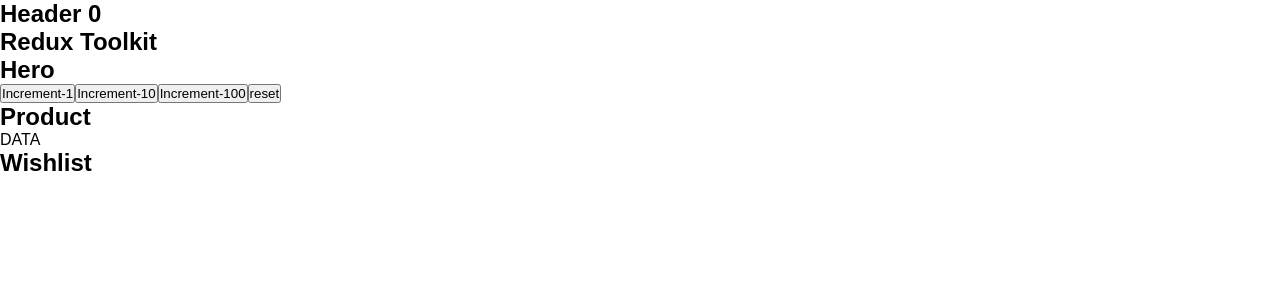
Repository: SitoraRashidova/userCrudFront
Page: /
The author's editor kept a copy of each file at every save. The page is drawn from the files as they stood at one save, then again after a run of saves.
The browser window is 1280 px wide. The pictures show the whole page.
The project was rebuilt for these pictures with package versions that can differ from the ones it lists, and the page was loaded fresh each time. Also part of the build but not shown: vite.config.js.

Above is the page before, as saved 2024-12-09 23:37:23.

After the next 3 saves:
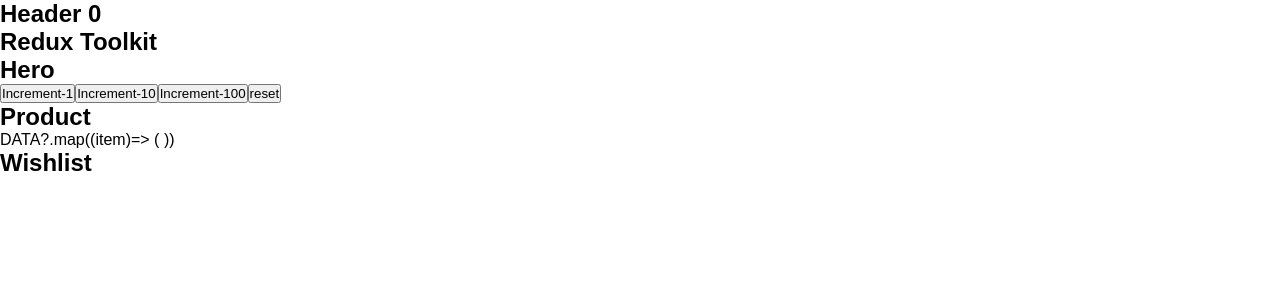
The 3 saves are shown as one change because they came seconds apart.
The last was saved 11 s later.
--- a/src/components/Product.jsx
+++ b/src/components/Product.jsx
@@ -21,7 +21,9 @@
   return (
     <div>
       <h2>Product</h2>
-      DATA
+      DATA?.map((item)=> (
+
+      ))
     </div>
   );
 };
